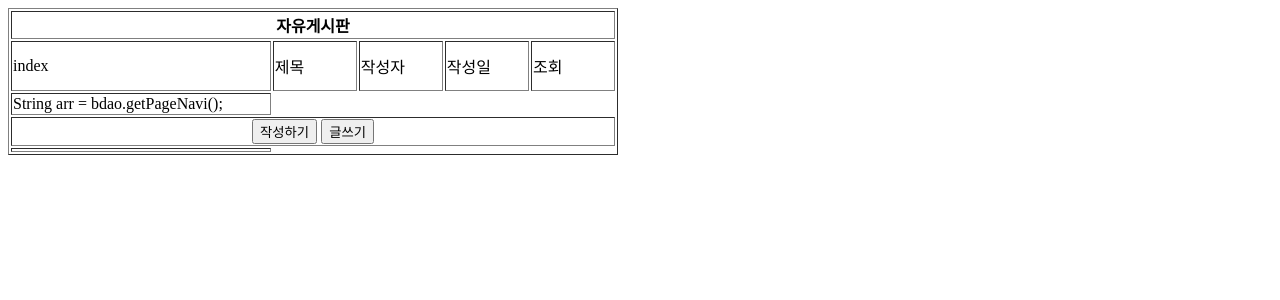
Repository: y2kim/workspace3
Page: http://localhost/WEB_MVC1_JSP_05_25/BorderList.jsp
The author's editor kept a copy of each file at every save. The page is drawn from the files as they stood at one save, then again after the next save.
The browser window is 1280 px wide. The pictures show the whole page.
The page is served by Tomcat 9. Queries for data that is not in the repository find no rows.

Above is the page before, as saved 2018-06-01 02:20:51.

After the next save:
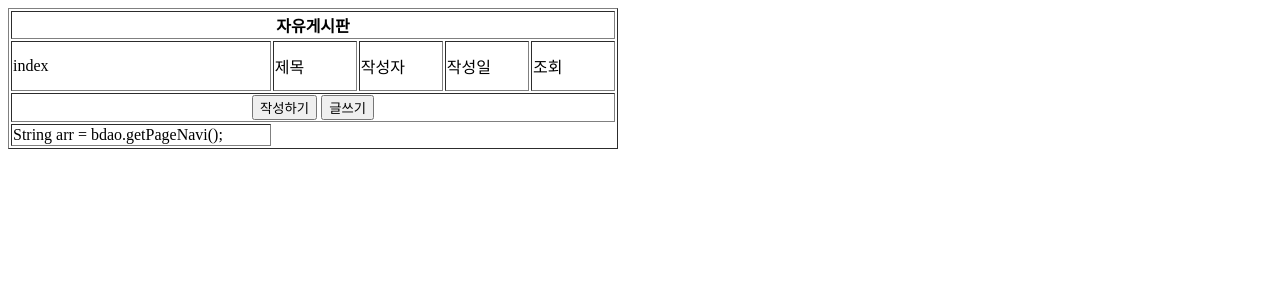
Saved 3 min 38 s later.
--- a/WEB_MVC1_JSP_05_25/WebContent/BorderList.jsp
+++ b/WEB_MVC1_JSP_05_25/WebContent/BorderList.jsp
@@ -45,11 +45,18 @@
             <td width=40>작성일</td>
             <td width=40>조회</td>
         </tr>
-        	<%	    %>
+        	<%
+        	    List<BorderInfos> list = bdao.listBorder();
+        	    for(int i=0;i<list.size();i++){
+        	%>
 		<tr>
-			<td>String arr = bdao.getPageNavi(); </td>
+			<td><%=list.get(i).getSeq()%></td>
+			<td><%=list.get(i).getTitle()%></td>
+			<td><%=list.get(i).getWriter()%></td>
+			<td><%=list.get(i).getWritedate()%></td>
+			<td><%=list.get(i).getViewcount()%></td>
 		</tr>
-
+        		<%} %>
         <tr>
             <td colspan="5" align="center">
             <input type="Button" value="작성하기">
@@ -57,7 +64,7 @@
             </td>
         </tr>
 
-        <tr><td></td></tr>
+        <tr><td>String arr = bdao.getPageNavi(); </td></tr>
     </table>
 
     <script>
